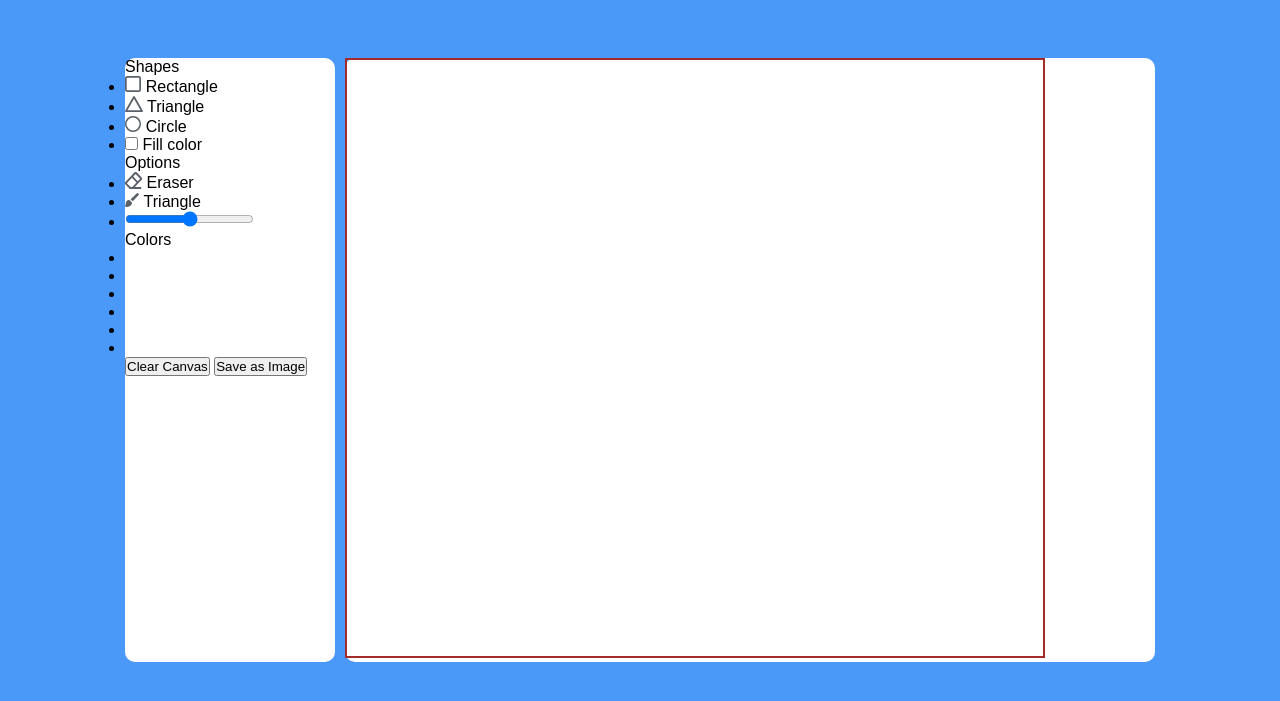
Repository: mdsajib50/Drawing-app
Page: index.html
These files come from the project's save history. The page is drawn as it stood at one moment and after a run of saves; the edit follows.
The browser window is 1280 px wide. The pictures show the whole page.

Above is the page before, as saved 2025-02-17 21:44:09.

After the next 2 saves:
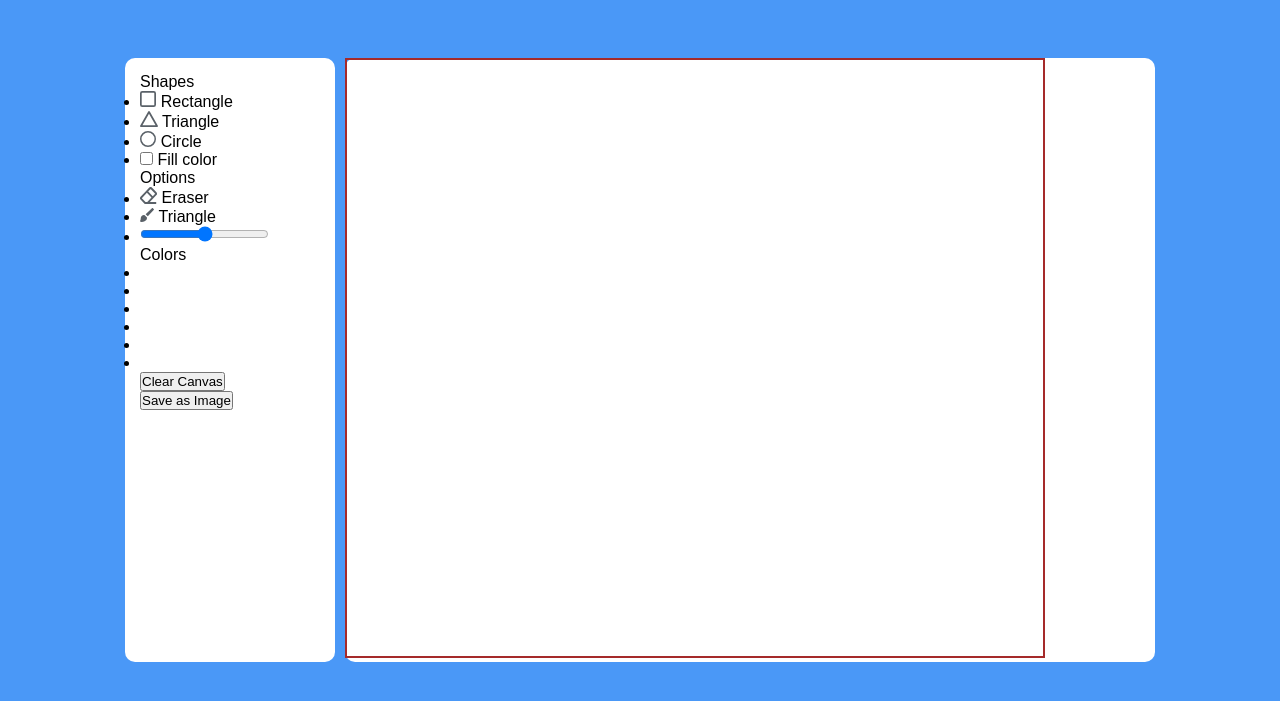
The 2 saves are shown as one change because they came seconds apart.
The last was saved 5 s later.
--- a/style.css
+++ b/style.css
@@ -27,7 +27,7 @@ section{
 
 .tools{
     width: 210px;
-    padding: 1;
+    padding: 15px ;
 }
 
 .drawing-board{
